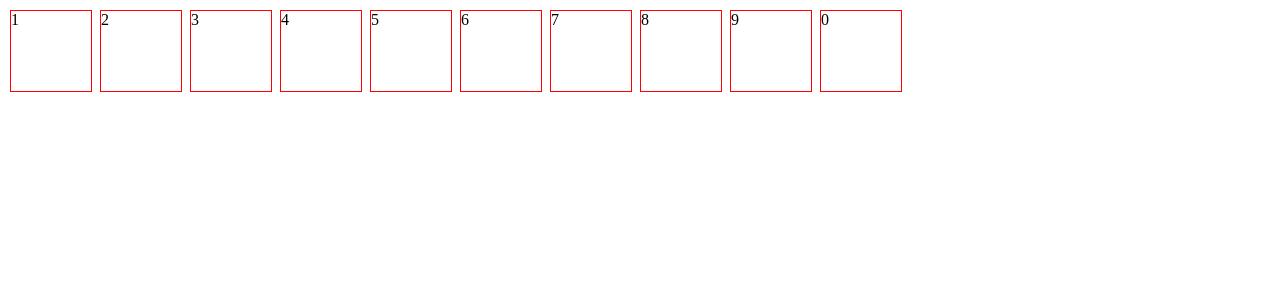
Repository: soso1525/bitcamp
Page: workspace/java-web/src/main/webapp/ch2/2-50.html
An editor plug-in stored every save of this project. The page is shown before and after the next save, followed by the edit.
The browser window is 1280 px wide. The pictures show the whole page.

Above is the page before, as saved 2017-12-12 07:58:38.

After the next save:
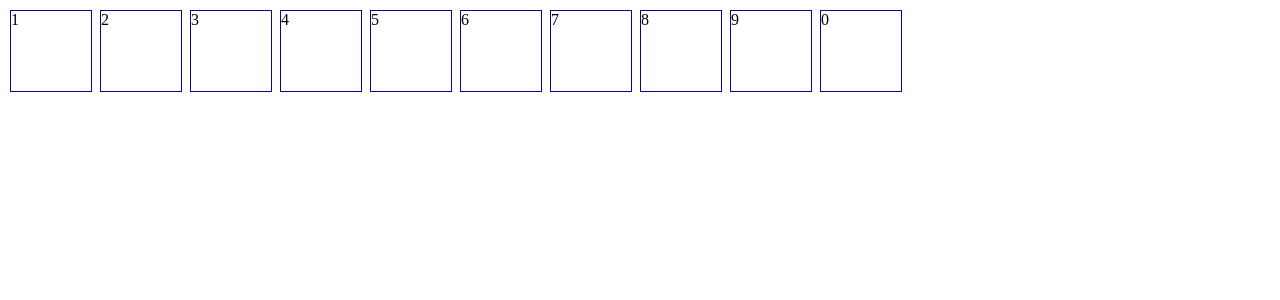
Saved 21 s later.
--- a/workspace/java-web/src/main/webapp/ch2/2-50.html
+++ b/workspace/java-web/src/main/webapp/ch2/2-50.html
@@ -5,7 +5,7 @@
     <style>
         div {
             display: inline-block;
-            border: 1px solid red;
+            border: 1px solid #08088A;
             width: 80px;
             height: 80px;
             margin: 2px;
